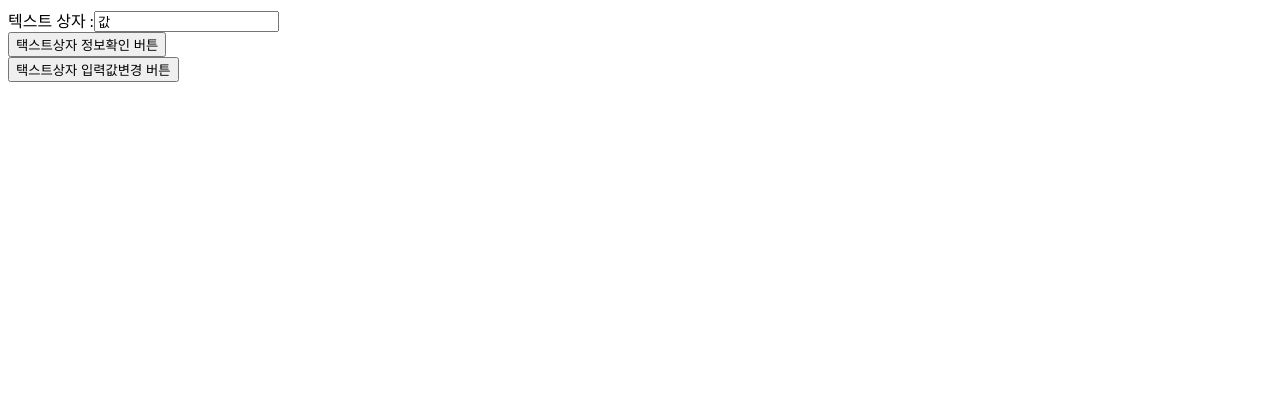
Repository: hololog/workspace_jsp1
Page: JspStudy/src/main/webapp/js1/test14.html
An editor plug-in stored every save of this project. The page is shown before and after the next save, followed by the edit.
The browser window is 1280 px wide. The pictures show the whole page.

Above is the page before, as saved 2021-12-09 08:41:42.

### JspStudy/src/main/webapp/js1/test14.html
<!DOCTYPE html>
<html>
<head>
<meta charset="UTF-8">
<title>js1/test14.html</title>
<script type="text/javascript">
//내장객체 window 윈도우창   - location 주소줄
//                      - history 방문기록
//                      - document html 틀 - image , ..
//                                        - form - text,password,textarea
//                                               - radio, checkbox
//                                                - select

//내장객체 window 생략가능
//내장객체 window.document.폼태그.텍스트상자이름 => 큰 주제 : html문서안에 있는 폼태그안의 택스트 상자제어
//								          => 멤버변수
//                                           type 상자타입을 저장하는 변수 ,
								//           value 입력된 값을 저장하는 변수,
								//        => 멤버함수(메서드)
								//          focus() 텍스트상자 활성화
								//          blur() 텍스트상자 비활성화
								//          select()텍스트 상자 글자 블럭 설정
//내장객체 호출    =>document.폼태그.텍스트상자이름.type, document.폼태그.텍스트상자이름.value,
//                document.폼태그.텍스트상자이름.blur(), document.폼태그.텍스트상자이름.select()

function f1() {
	alert(document.fr.id.type);
	alert(document.fr.id.value);
// 	document.fr.id.focus();
// 	document.fr.id.blur();
    document.fr.id.select();
}

function f2() {
// 	document.fr.id.value="입력값";
    alert("다시입력해");
	document.fr.id.value="";  //빈값.java의 null값
	document.fr.id.focus();
}
</script>
</head>
<body>
<form action="a.jsp" method="get" name="fr">
텍스트 상자 :<input type="text" name="id" value="값"><br>
<input type="button" value="택스트상자 정보확인 버튼" onclick="f1()"><br>
<input type="button" value="택스트상자 입력값변경 버튼" onclick="f2()"><br>
</form>
</body>
</html>

After the next save:
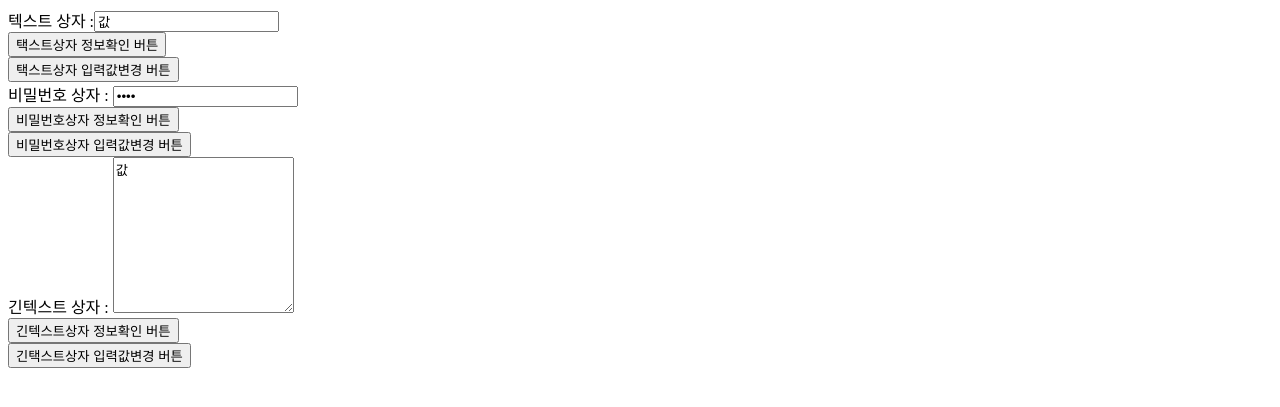
Saved 6 min 12 s later.
--- a/JspStudy/src/main/webapp/js1/test14.html
+++ b/JspStudy/src/main/webapp/js1/test14.html
@@ -37,6 +37,26 @@ function f2() {
 	document.fr.id.value="";  //빈값.java의 null값
 	document.fr.id.focus();
 }
+function f3() {
+	alert(document.fr.pass.type);
+	alert(document.fr.pass.value);
+    document.fr.pass.select();
+}
+function f4() {
+	document.fr.pass.value="가나다라";
+	document.fr.pass.focus();
+}
+function f5() {
+	alert(document.fr.ta.type);
+	alert(document.fr.ta.value);
+    document.fr.ta.select();
+}
+function f6() {
+// 	document.fr.id.value="입력값";
+    alert("다시입력해");
+	document.fr.ta.value="";
+	document.fr.ta.focus();
+}
 </script>
 </head>
 <body>
@@ -44,6 +64,12 @@ function f2() {
 텍스트 상자 :<input type="text" name="id" value="값"><br>
 <input type="button" value="택스트상자 정보확인 버튼" onclick="f1()"><br>
 <input type="button" value="택스트상자 입력값변경 버튼" onclick="f2()"><br>
+비밀번호 상자 : <input type="password" name="pass" value="1234"><br>
+<input type="button" value="비밀번호상자 정보확인 버튼" onclick="f3()"><br>
+<input type="button" value="비밀번호상자 입력값변경 버튼" onclick="f4()"><br>
+긴텍스트 상자 : <textarea rows="10" cols="20" name="ta">값</textarea><br>
+<input type="button" value="긴텍스트상자 정보확인 버튼" onclick="f5()"><br>
+<input type="button" value="긴택스트상자 입력값변경 버튼" onclick="f6()"><br>
 </form>
 </body>
 </html>
